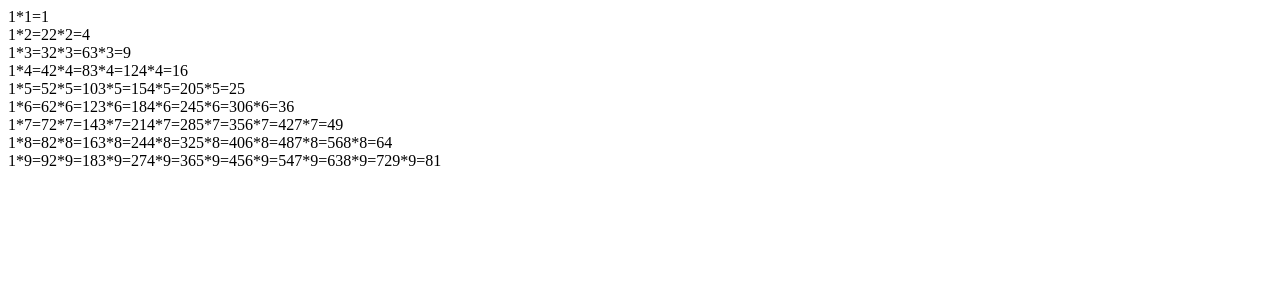
Repository: pengyuguan1984/JavaScriptPractice
Page: For-Exec02.html
An editor plug-in stored every save of this project. The page is shown before and after a run of saves, followed by the edit.
The browser window is 1280 px wide. The pictures show the whole page.

Above is the page before, as saved 2020-10-01 11:35:07.

### For-Exec02.html
<!DOCTYPE html>
<html lang="en">
<head>
    <meta charset="UTF-8">
    <meta name="viewport" content="width=device-width, initial-scale=1.0">
    <title>For-Exec02</title>
    <script>
        /*打印99乘法表
        1*1=1
        1*2=2 2*2=4
        1*3=3 2*3=6 3*3=9
        1*4=4 2*4=8 3*4=12 4*4=16
        */

       for(var i=0;i<9;i++){

           for(j=1;j<=i+1;j++){
               var m=i+1;
               var c=j*m;

               document.write(j+'*'+m+'='+c)
           }
           document.write('<br />')
       }
    </script>
</head>
<body>

</body>
</html>

After the next 4 saves:
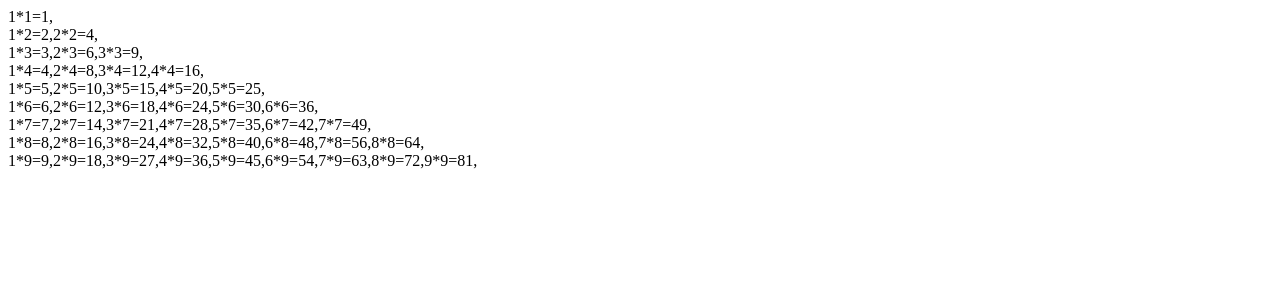
The 4 saves are shown as one change because they came seconds apart.
The last was saved 23 s later.
--- a/For-Exec02.html
+++ b/For-Exec02.html
@@ -18,7 +18,7 @@
                var m=i+1;
                var c=j*m;
 
-               document.write(j+'*'+m+'='+c)
+               document.write(j+'*'+m+'='+c+',')
            }
            document.write('<br />')
        }
